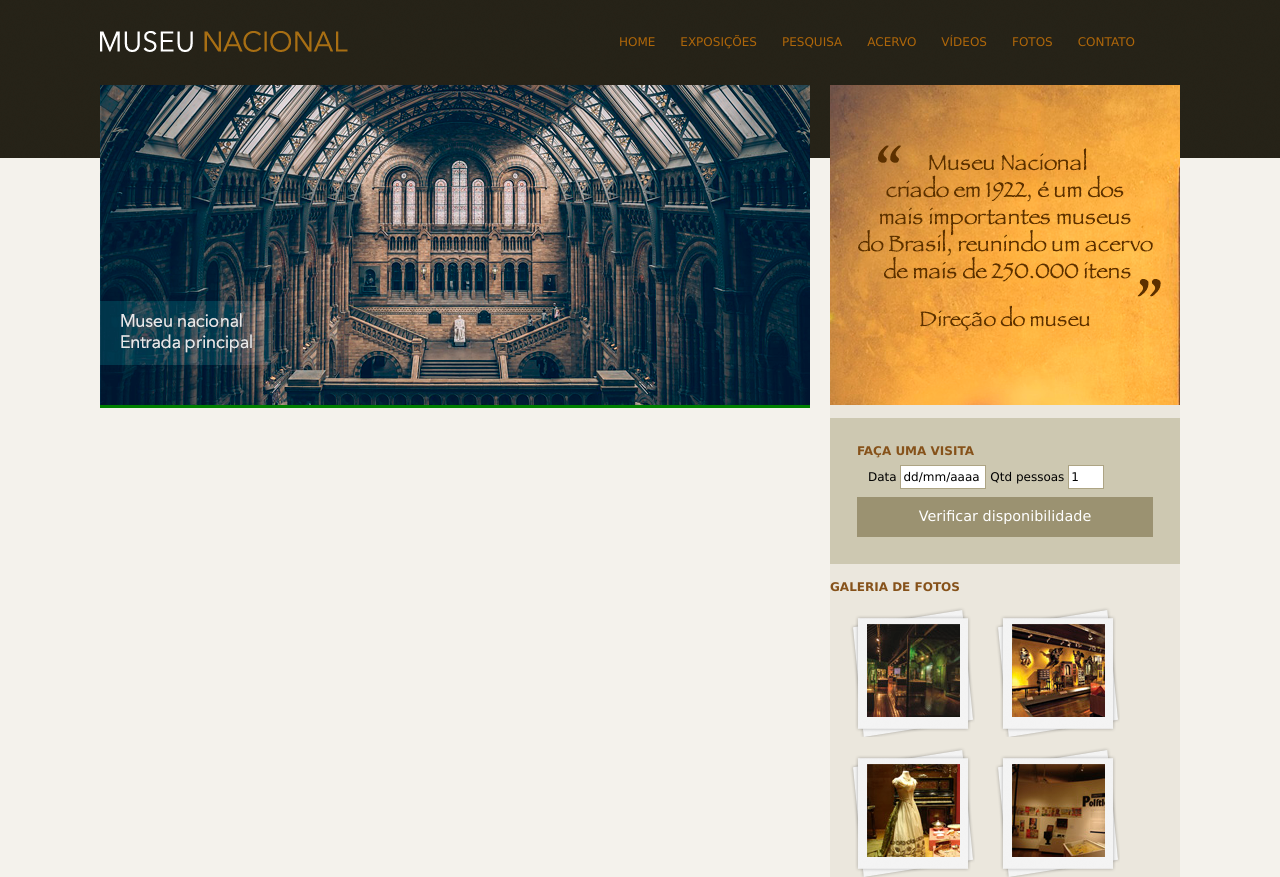
Repository: GustavoScopinho/Museu-Nacional
Page: index.html
An editor plug-in stored every save of this project. The page is shown before and after the next save, followed by the edit.
The browser window is 1280 px wide. The pictures show the whole page.

Above is the page before, as saved 2022-07-05 01:31:01.

### index.html
<!DOCTYPE html>
<html>
  <head>
    <title>Museu Nacional</title>
    <meta charset="utf-8" />
    <link rel="stylesheet" type="text/css" href="css/normalize.css" />
    <link rel="stylesheet" type="text/css" href="css/style.css" />
  </head>

  <body>
    <div id="container">
      <!-- Inicio container -->

      <header>
        <div id="logo">
          <h1><a href="">Museu Nacional</a></h1>
        </div>

        <nav>
          <ul>
            <li><a href="#">Home</a></li>
            <li><a href="#">Exposições</a></li>
            <li><a href="#">Pesquisa</a></li>
            <li><a href="#">Acervo</a></li>
            <li><a href="#">Vídeos</a></li>
            <li><a href="#">Fotos</a></li>
            <li><a href="#">Contato</a></li>
          </ul>
        </nav>
      </header>

      <div id="principal">
        <div id="conteudo">
          <section id=" capa">
            <img src="img/museu.png">
          </section>
        </div>
      <aside>
        <section id="depoimento">
          <img src="img/depoimento.png">
        </section>

      <section id="visita">
        <h4>Faça uma visita</h4>
          <form>
            <fieldset>
                <legend>Selecione uma data</legend>

                <label for="data" >Data</label>
                <input class="campo" type="text" id="data" value="dd/mm/aaaa">

                <label  for="qtd" >Qtd pessoas</label>
                <input class="campo" style="width: 30px;" type="text" id="qtd" value="1">

            </fieldset>
            <input class="botao" type="submit" value="Verificar disponibilidade">
          </form>
      </section>

      <section id="galeria">
        <h4>Galeria de fotos</h4>
          <a href="">
            <img src="img/imagem1.jpg" height="93" width="93">
          </a>
          <a href="">
            <img src="img/imagem2.jpg" height="93" width="93">
          </a>
          <a href="">
            <img src="img/imagem3.jpg" height="93" width="93">
          </a>
          <a href="">
            <img src="img/imagem4.jpg" height="93" width="93">
          </a>
      </section>

      </aside>
    </div>
    <!-- fim container -->
  </body>
</html>

### css/style.css

body {
  background: #f4f2ec url(../img/fundo.png) repeat-x;
  font: 12px "Lucida Grande", "Lucida Sans Unicode", Arial, sans-serif ;
}

#container {
  width: 1080px;
  margin: 0 auto;
}

a:link, a:active, a:visited {
  color: #af670a;
  text-decoration: none;
}

a:hover {
  color: #227115;
}

/* LOGO */

#logo h1{
  float: left;
}
#logo a {
  width: 248px;
  height: 21px;
  text-indent: -9999px;
  display: block;
  background: url(../img/logo.png) no-repeat;
}

/* navegation */

header{
  padding: 15px 0;
  height: 55px;
}

nav ul {
  list-style: none;
  margin: 20px;
  float: right;
}
nav ul li {
  float: left;
}

nav ul li a:link {
  display: block;
  margin-right: 25px;
  padding-bottom: 3px;
  text-transform: uppercase;
}

nav ul li a:hover {
  border-bottom: 1px solid #535858;
}

/* Principal */

#conteudo {
  width: 710px;
  float: left;
  background: green;
}
aside {
  width: 350px;
  float: right;
  background: #ebe7dd;
}

section#visita {
  background: #cdc8b1;
  padding: 10px 27px 27px 27px;
  margin-top: 10px;
}

section#galeria a {
  display: block;
  background: url(../img/fundo-foto.png) no-repeat;

  float: left;
  padding: 17px 15px 17px 15px;
  margin: 10px 0 0 20px;
}

section#galeria img {
  margin-left: 2px;
}

h4 {
  color: #86521a;
  text-transform: uppercase;
  padding-bottom: 3px;
  margin-bottom: 0;
}

/* Formulario */

input {
  height: 20px;
  width: 80px;
  background: #fff;
  border: none;
  font-size: 1em;
}
input.campo {
  border:1px solid #ada484;
}

input.botao {
  background: #9b9271;
  color: white;
  width: 100%;
  height: 40px;
  font-size: 1.2em;
}

fieldset {
  border: none;
}

legend {
  display: none;
}

Loaded but not shown: css/normalize.css (library)

After the next save:
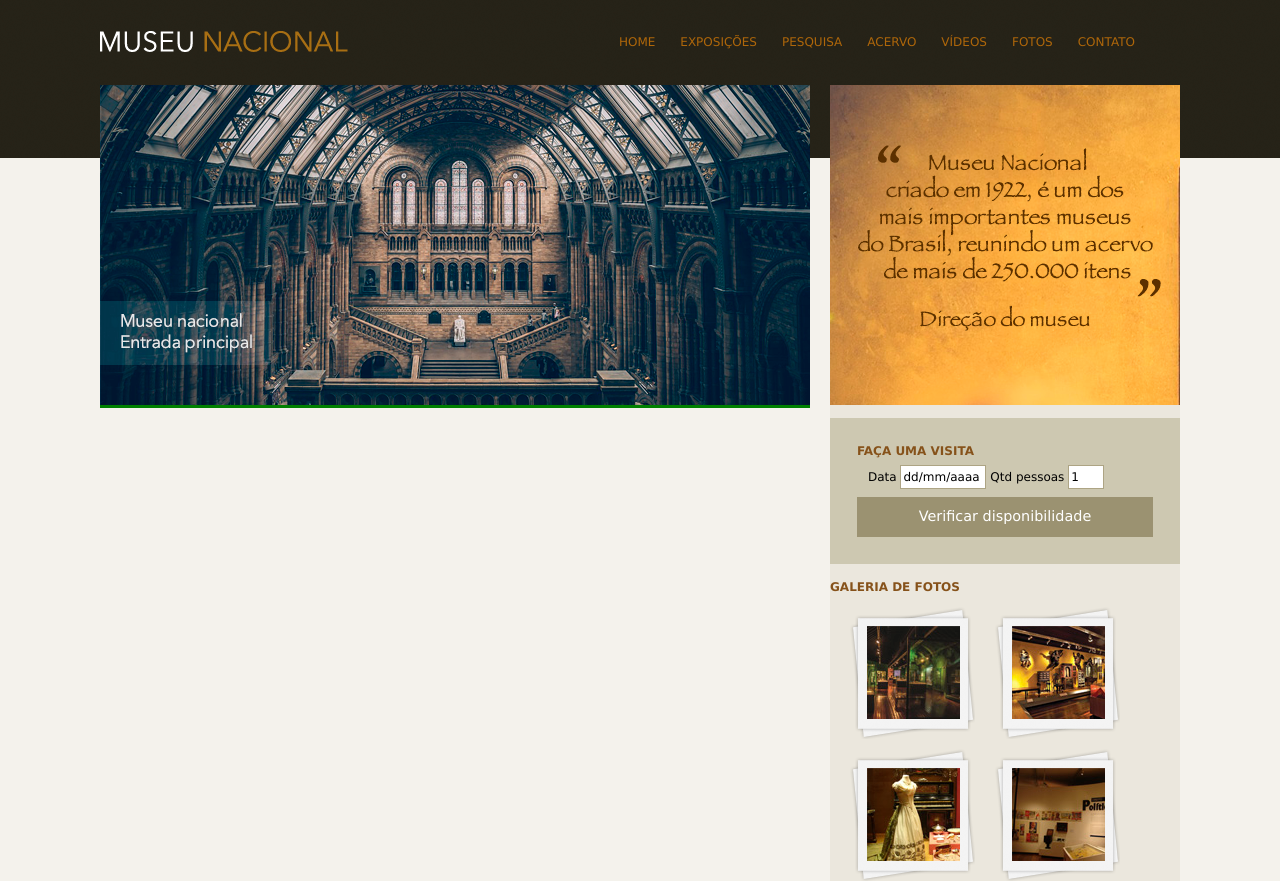
Saved 11 s later.
--- a/css/style.css
+++ b/css/style.css
@@ -88,6 +88,7 @@
 
 section#galeria img {
   margin-left: 2px;
+  margin-top: 2px;
 }
 
 h4 {
